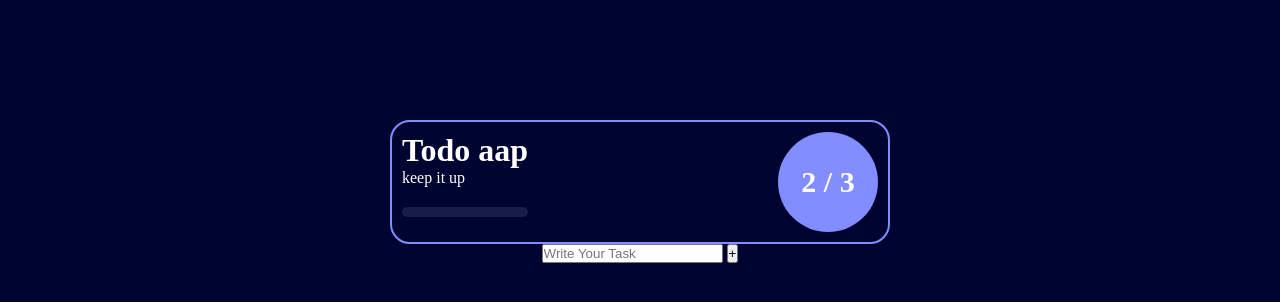
Repository: rajkapoor763-arch/first-work
Page: index.html
An editor plug-in stored every save of this project. The page is shown before and after the next save, followed by the edit.
The browser window is 1280 px wide. The pictures show the whole page.

Above is the page before, as saved 2025-09-15 21:08:24.

### index.html
<!DOCTYPE html>
<html lang="en">
<head>
    <meta charset="UTF-8">
    <meta name="viewport" content="width=device-width, initial-scale=1.0">
    <title>TO DO LIST</title>
    <link rel="stylesheet" href="style.css">
</head>
<body>
    <div class="container">
        <div class="stats-container">
            <div class="details">
                <h1>Todo aap</h1>
                <p>keep it up</p>
                <div id="progressbar">
                    <div id="progress"></div>


                </div>

            </div>

         <div class="stats-number">
            <p id="numbers">2 / 3</p>
        </div>
    </div>
    <form action="">
        <input type="text" placeholder="Write Your Task">
        <button type="submit">+</button>
    </form>
    <ul class="task-list"></ul>
</div>
<script src="app.js"></script>

</body>
</html>

### style.css
*{
    margin:0;
    padding:0;
    box-sizing:border-box;
}
:root{
    --background:#000430;
    --secondarybackground:#171c48;
    --text:#fff;
    --purple:#828dff;
    --teal:#24feee;
}
body{
    background-color:var(--background);
    color:var(--text);
}
.container{
    display:flex;
    flex-direction:column;
    align-items:center;
    justify-content:center;
    margin-top:120px;
    margin:120px auto 0 auto;
    max-width:500px;

}
.stats-container{
    padding:10px;
    border-radius:20px;
    border:2px solid var(--purple);
    display:flex;
    justify-content:space-between;
    gap:20px;
    width:100%;
}
#progressbar{
    width:100%;
    height:10px;
    background-color:var(--secondarybackground);
    border-radius:5px;
    margin-top:20px;

}
#numbers{
    width:100px;
    height:100px;
    background-color: var(--purple);
    display:flex;
    align-items:center;
    justify-content:center;
    border-radius:50%;
    font-size:30px;
    font-weight:bold;

}

Loaded but not shown: app.js (no copy from this time; the picture is the same without it)

After the next save:
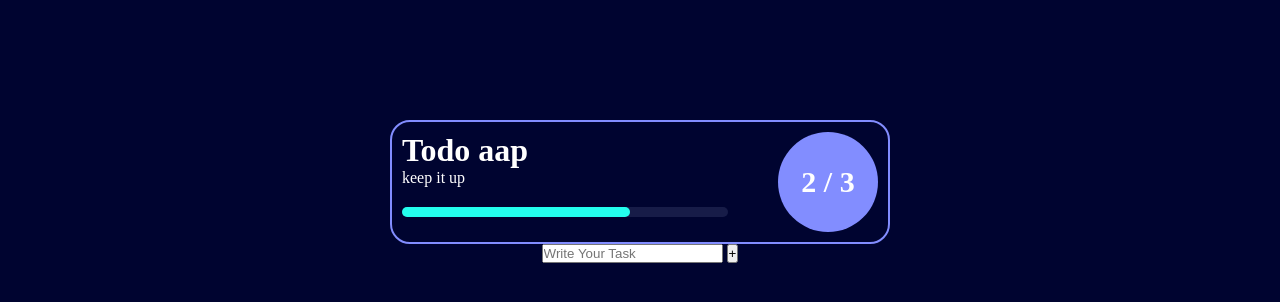
Saved 4 min 29 s later.
--- a/style.css
+++ b/style.css
@@ -30,7 +30,10 @@ body{
     border:2px solid var(--purple);
     display:flex;
     justify-content:space-between;
-    gap:20px;
+    gap:50px;
+    width:100%;
+}
+.details{
     width:100%;
 }
 #progressbar{
@@ -40,6 +43,13 @@ body{
     border-radius:5px;
     margin-top:20px;
 
+}
+#progress{
+    width:70%;
+    height:10px;
+    background-color:var(--teal);
+    border-radius:10px;
+    transition:all 0.3s ease;
 }
 #numbers{
     width:100px;
